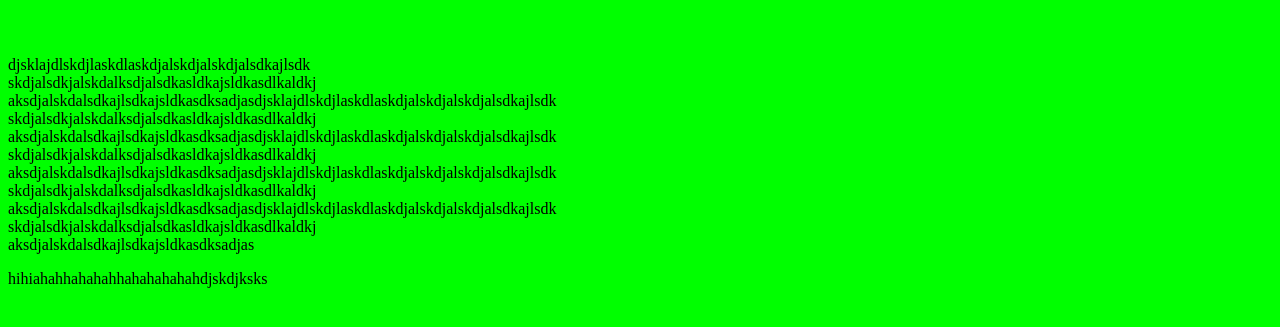
Repository: hanj291/hanj291.github.io
Page: page2.html
The author's editor kept a record of every edit. The page is drawn from the files as they stood at one moment, then again after the next edit.
The browser window is 1280 px wide. The pictures show the whole page.

Above is the page before.

After the next edit:
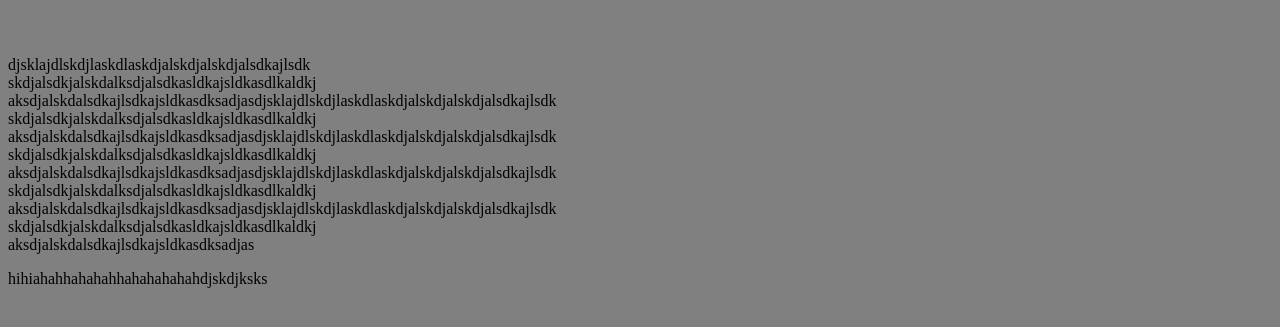
The edit:
--- a/column.css
+++ b/column.css
@@ -1,5 +1,5 @@
 body {
-    background-color: lime;
+    background-color: gray;
 }
 
 .wrapper {
